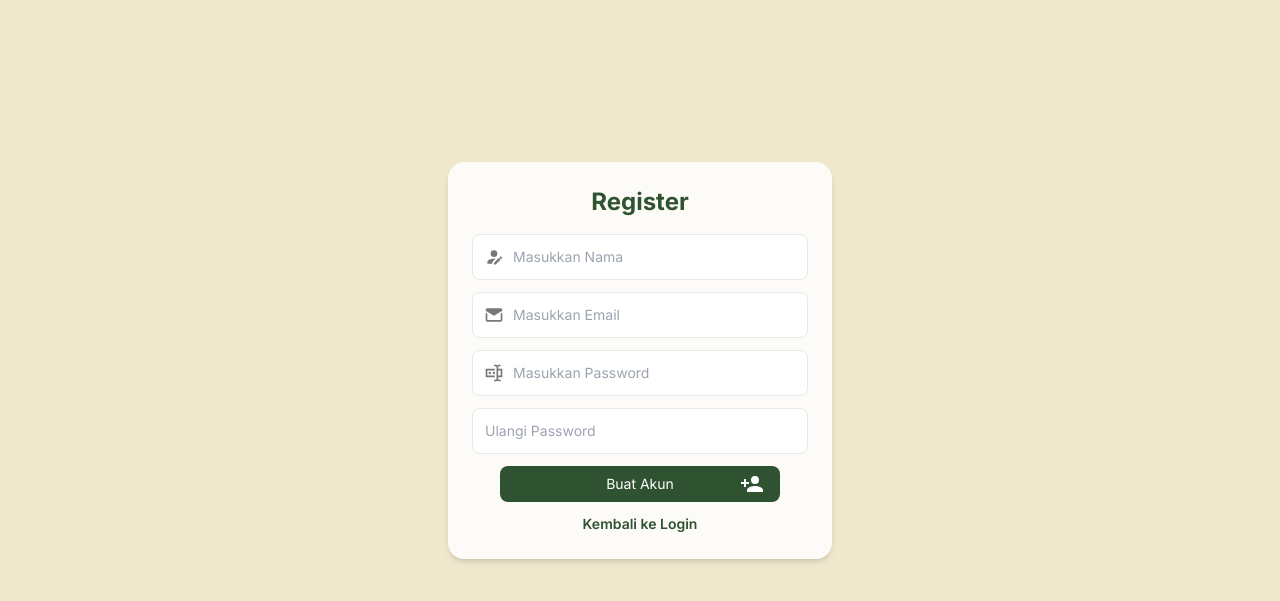
Repository: PajarAland/DiagramCoffee
Page: /register
The author's editor kept a copy of each file at every save. The page is drawn from the files as they stood at one save, then again after the next save.
The browser window is 1280 px wide. The pictures show the whole page.
The page's requests for data from a server got no answer. The project was rebuilt for these pictures with package versions that can differ from the ones it lists, and the page was loaded fresh each time. Some packages were replaced by stand-ins written for this rebuild. No one was signed in, and anything a server would have sent is missing. Also part of the build but not shown: vite.config.js, src/components/ui/NavBar.jsx, src/pages/Landing.jsx, src/context/useAuth.jsx, src/pages/Login.jsx, src/pages/Home.jsx, src/auth/ProtectedRoute.jsx.

Above is the page before, as saved 2026-04-27 00:23:57.

### index.html
<!doctype html>
<html lang="en">
  <head>
    <meta charset="UTF-8" />
    <link rel="icon" type="image/svg+xml" href="/favicon.svg" />
    <link rel="preconnect" href="https://fonts.googleapis.com">
    <link rel="preconnect" href="https://fonts.gstatic.com" crossorigin>
    <link href="https://fonts.googleapis.com/css2?family=Inter:wght@400;500;600;700&display=swap" rel="stylesheet">
    <meta name="viewport" content="width=device-width, initial-scale=1.0" />
    <title>diagramcoffee</title>
  </head>
  <body>
    <div id="root"></div>
    <script type="module" src="/src/main.jsx"></script>
  </body>
</html>

### src/index.css
@tailwind base;
@tailwind components;
@tailwind utilities;

body {
  @apply font-sans;
}

### src/App.jsx
import { BrowserRouter, Routes, Route } from "react-router-dom";
import Landing from "./pages/Landing";
import Login from "./pages/Login";
import Register from "./pages/Register";
import Home from "./pages/Home";
import ProtectedRoute from "./auth/ProtectedRoute";
import { AuthProvider } from "./context/AuthProvider";

function App() {
  return (
    <AuthProvider>
      <BrowserRouter>
        <Routes>
          <Route path="/" element={<Landing />} />
          <Route path="/login" element={<Login />} />
          <Route path="/register" element={<Register />} />

          <Route
            path="/home"
            element={
              <ProtectedRoute>
                <Home />
              </ProtectedRoute>
            }
          />
        </Routes>
      </BrowserRouter>
    </AuthProvider>
  );
}

export default App;

### src/pages/Register.jsx
import { useState } from "react";
import { useNavigate } from "react-router-dom";
import Swal from "sweetalert2";
import API from "../services/api";
import accountAddWhite from "../assets/mdi--account-add-white.svg";
import formTextboxPasswordGrey from "../assets/mdi--form-textbox-password-grey.svg";
import emailVariantGrey from "../assets/mdi--email-variant-grey.svg";
import userEditGrey from "../assets/mdi--user-edit-grey.svg";




function Register() {
    const navigate = useNavigate();

    const [name, setName] = useState("");
    const [email, setEmail] = useState("");
    const [password, setPassword] = useState("");
    const [passwordConfirmation, setPasswordConfirmation] = useState("");

    const handleRegister = async (e) => {
        e.preventDefault();

        try {
            await API.post("/api/register", {
                name,
                email,
                password,
                password_confirmation: passwordConfirmation,
            });

            navigate("/login");

        } catch (error) {
            console.error(error);

            if (error.response.data.errors) {
                Swal.fire({
                    icon: "error",
                    title: "Validasi Gagal",
                    html: Object.values(error.response.data.errors).join("<br>"),
                });
                } else {
                Swal.fire({
                    icon: "error",
                    title: "Error",
                    text: error.response.data.message,
                });
            }
        }
    };

    return (
        <div className="min-h-screen bg-[#EEE8CC] flex items-center justify-center">
            <div className="bg-[#FDFBF8] w-full max-w-sm rounded-2xl p-6 shadow-md text-center">

                <h2 className="text-[#2F5231] font-bold text-2xl mb-4">
                    Register
                </h2>

                <form onSubmit={handleRegister} className="space-y-3">
                    <div className="relative">
                        <img
                            src={userEditGrey}
                            alt="icon-user"
                            className="w-5 h-5 absolute left-3 top-1/2 -translate-y-1/2 opacity-60"
                        />

                        <input
                            type="text"
                            placeholder="Masukkan Nama"
                            value={name}
                            onChange={(e) => setName(e.target.value)}
                            className="w-full border rounded-lg pl-10 pr-3 py-3 text-sm outline-none"
                        />
                    </div>

                    <div className="relative">
                        <img
                            src={emailVariantGrey}
                            alt="icon-email"
                            className="w-5 h-5 absolute left-3 top-1/2 -translate-y-1/2 opacity-60"
                        />

                        <input
                            type="email"
                            placeholder="Masukkan Email"
                            value={email}
                            onChange={(e) => setEmail(e.target.value)}
                            className="w-full border rounded-lg pl-10 pr-3 py-3 text-sm outline-none"
                        />
                    </div>

                    <div className="relative">
                        <img
                            src={formTextboxPasswordGrey}
                            alt="icon-password"
                            className="w-5 h-5 absolute left-3 top-1/2 -translate-y-1/2 opacity-60"
                        />

                        <input
                            type="password"
                            placeholder="Masukkan Password"
                            value={password}
                            onChange={(e) => setPassword(e.target.value)}
                            className="w-full border rounded-lg pl-10 pr-3 py-3 text-sm outline-none"
                        />
                    </div>

                    <input
                        type="password"
                        placeholder="Ulangi Password"
                        value={passwordConfirmation}
                        onChange={(e) => setPasswordConfirmation(e.target.value)}
                        className="w-full border rounded-lg px-3 py-3 text-sm outline-none"
                    />

                    <button
                        type="submit"
                        className="w-10/12 mx-auto bg-[#2F5231] text-sm text-white py-2 rounded-lg mt-4 relative flex items-center justify-center"
                    >
                        <span className="text-center">Buat Akun</span>

                        <img
                            src={accountAddWhite}
                            alt="account add"
                            className="w-6 h-6 absolute right-4"
                        />
                    </button>
                </form>

                <button
                    onClick={() => navigate("/login")}
                    className="text-sm text-[#2F5231] font-semibold mt-3 hover:underline"
                >
                    Kembali ke Login
                </button>
            </div>
        </div>
    );
}

export default Register;

### src/context/AuthProvider.jsx
import { useEffect, useState } from "react";
import API from "../services/api";
import AuthContext from "./AuthContext";

export function AuthProvider({ children }) {
    const [user, setUser] = useState(null);
    const [initialized, setInitialized] = useState(false);

    useEffect(() => {
        const initAuth = async () => {
            try {
                await API.get("/sanctum/csrf-cookie");
                const res = await API.get("/api/user");
                setUser(res.data.data ?? null);
            } catch (error) {
                if (error.response?.status !== 401) {
                    console.error("Auth check failed:", error);
                }
                setUser(null);
            } finally {
                setInitialized(true);
            }
        };

        initAuth();
    }, []);

    const refreshUser = async () => {
        try {
            const res = await API.get("/api/user");
            setUser(res.data.data ?? null);
        } catch (error) {
            if (error.response?.status !== 401) {
                console.error("Refresh user failed:", error);
            }
            setUser(null);
        }
    };

    const login = (userData) => {
        setUser(userData);
    };

    const logout = async () => {
        try {
            await API.post("/api/logout");
        } finally {
            setUser(null);
        }
    };

    return (
        <AuthContext.Provider
            value={{
                user,
                setUser,
                login,
                logout,
                initialized,
                refreshUser,
            }}
        >
            {children}
        </AuthContext.Provider>
    );
}

### src/services/api.js
import axios from "axios";

const API = axios.create({
  baseURL: "http://localhost:8000",
  withCredentials: true,
  headers: {
    Accept: "application/json",
    "Content-Type": "application/json",
  },
});

// Let Axios handle CSRF automatically
API.defaults.xsrfCookieName = "XSRF-TOKEN";
API.defaults.xsrfHeaderName = "X-XSRF-TOKEN";

API.interceptors.response.use(
    (response) => response,
    (error) => {
        const status = error.response?.status;

        // expected auth state → ignore silently
        if (status === 401) {
            return Promise.reject(error);
        }

        console.error(error);
        return Promise.reject(error);
    }
);

export default API;

### src/context/AuthContext.jsx
import { createContext } from "react";

const AuthContext = createContext();
export default AuthContext;

### tailwind.config.js
/** @type {import('tailwindcss').Config} */
export default {
  content: [
    "./index.html",
    "./src/**/*.{js,jsx,ts,tsx}",
  ],
  theme: {
    fontFamily: {
      sans: ["Inter", "ui-sans-serif", "system-ui"],
    },
    extend: {},
  },
  plugins: [],
}

Loaded but not shown: src/main.jsx (common file)

After the next save:
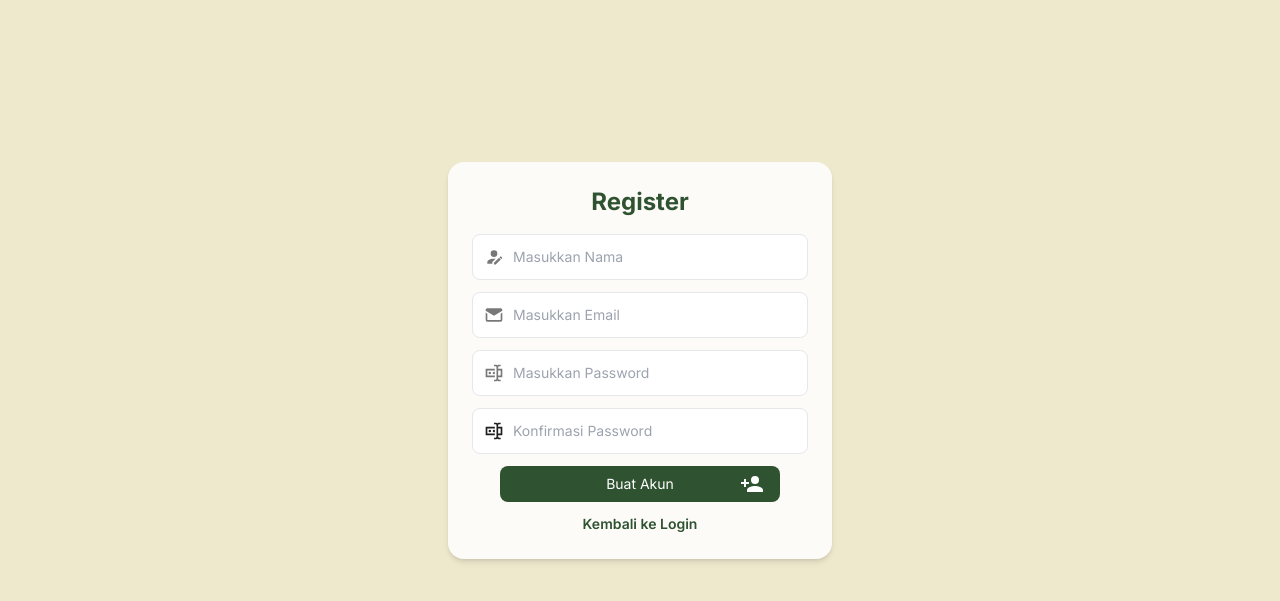
Saved 2 min 10 s later.
--- a/src/pages/Register.jsx
+++ b/src/pages/Register.jsx
@@ -107,13 +107,29 @@ function Register() {
                         />
                     </div>
 
-                    <input
+                    {/* <input
                         type="password"
                         placeholder="Ulangi Password"
                         value={passwordConfirmation}
                         onChange={(e) => setPasswordConfirmation(e.target.value)}
                         className="w-full border rounded-lg px-3 py-3 text-sm outline-none"
-                    />
+                    /> */}
+
+                    <div className="relative">
+                        <img
+                            src={formTextboxPasswordGrey}
+                            alt="icon password"
+                            className="w-5 h-5 absolute left-3 top-1/2 -translate-y-1/2"
+                        />
+
+                        <input
+                            type="password"
+                            placeholder="Konfirmasi Password"
+                            value={passwordConfirmation}
+                            onChange={(e) => setPasswordConfirmation(e.target.value)}
+                            className="w-full border rounded-lg pl-10 pr-3 py-3 text-sm outline-none"
+                        />
+                    </div>
 
                     <button
                         type="submit"
